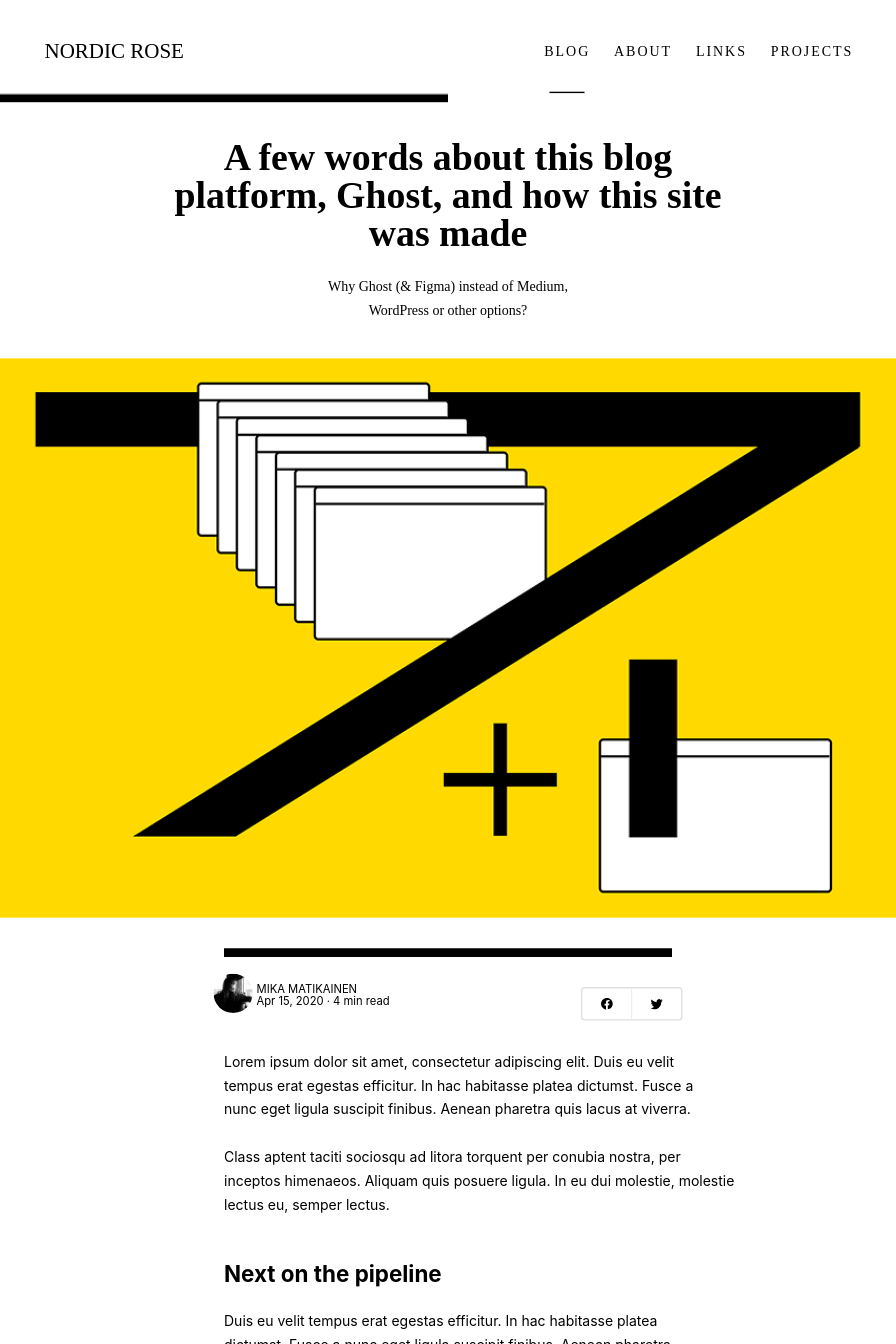
Repository: ThuTrang-jvb/JVB-BT1
Page: Page 3/article.html
The author's editor kept a copy of each file at every save. The page is drawn from the files as they stood at one save, then again after the next save.
The browser window is 1280 px wide. The pictures show the part of the page from y = 0 to 1920 px (the page is 5598 px tall), at 70% of full size.

Above is the page before, as saved 2025-06-30 10:10:23.

### Page 3/article.html
<!DOCTYPE html>
<html lang="en">
<head>
    <meta charset="UTF-8">
    <meta name="viewport" content="width=device-width, initial-scale=1.0">
    <link rel="stylesheet" href="styleArticle.css">
    <link href="https://fonts.googleapis.com/css2?family=Playfair+Display&display=swap" rel="stylesheet">
    <title>Article</title>
</head>
<body>
    <div class="header">
        <h1>NORDIC ROSE</h1>
        <div class="nav">
            <p class="active">blog</p>
            <p>about</p>
            <p>links</p>
            <p>projects</p>
        </div>
        <div class="hamburger">
            <span></span>
            <span></span>
            <span></span>
        </div>
    </div>
    <hr>
    <div class="main">
        <div class="title">
            <h1>A few words about this blog platform, Ghost, and how this site was made</h1>
            <p>Why Ghost (& Figma) instead of Medium, <br> WordPress or other options?</p>
            <img src="image/image 2.png" alt="image 2">
            <hr>
        </div>
        <div class="status">
            <div class="status_img">
                <img src="image/anh_nen.png" alt="image 3">
                <div class="status_text">
                    <p class="bold_p">Mika MAtikainen</p>
                    <p>Apr 15, 2020 · 4 min read</p>
                </div>

            </div>

            <div class="share-buttons">
                <button class="share-btn" aria-label="Share on Facebook">
                    <svg width="18" height="18" viewBox="0 0 24 24" fill="#000" xmlns="http://www.w3.org/2000/svg">
                    <path d="M22 12.07C22 6.48 17.52 2 12 2S2 6.48 2 12.07c0 5 3.66 9.13 8.44 9.93v-7.03h-2.54v-2.9h2.54V9.41c0-2.5 1.49-3.89 3.77-3.89 1.09 0 2.24.2 2.24.2v2.46h-1.26c-1.24 0-1.63.77-1.63 1.56v1.87h2.78l-.44 2.9h-2.34v7.03C18.34 21.2 22 17.07 22 12.07z"/>
                    </svg>
                </button>
                <button class="share-btn" aria-label="Share on Twitter">
                    <svg width="18" height="18" viewBox="0 0 24 24" fill="#000" xmlns="http://www.w3.org/2000/svg">
                    <path d="M22.46 6c-.77.35-1.6.58-2.46.69a4.28 4.28 0 0 0 1.88-2.36 8.56 8.56 0 0 1-2.71 1.04 4.26 4.26 0 0 0-7.26 3.88 12.09 12.09 0 0 1-8.77-4.45 4.26 4.26 0 0 0 1.32 5.69 4.23 4.23 0 0 1-1.93-.53v.05a4.26 4.26 0 0 0 3.42 4.17 4.29 4.29 0 0 1-1.92.07 4.26 4.26 0 0 0 3.98 2.96A8.54 8.54 0 0 1 2 19.54 12.07 12.07 0 0 0 8.29 21.5c7.55 0 11.68-6.26 11.68-11.68 0-.18 0-.35-.01-.53A8.36 8.36 0 0 0 22.46 6z"/>
                    </svg>
                </button>
            </div>
        </div>
        <div class="caption">
            <pre>Lorem ipsum dolor sit amet, consectetur adipiscing elit. Duis eu velit
tempus erat egestas efficitur. In hac habitasse platea dictumst. Fusce a
nunc eget ligula suscipit finibus. Aenean pharetra quis lacus at viverra.

Class aptent taciti sociosqu ad litora torquent per conubia nostra, per
inceptos himenaeos. Aliquam quis posuere ligula. In eu dui molestie, molestie
lectus eu, semper lectus.</pre>
            <h2>Next on the pipeline</h2>
            <pre>Duis eu velit tempus erat egestas efficitur. In hac habitasse platea
dictumst. Fusce a nunc eget ligula suscipit finibus. Aenean pharetra
quis lacus at viverra. Class aptent taciti sociosqu ad litora torquent per
conubia nostra, per inceptos himenaeos.

Morbi efficitur auctor metus, id mollis lorem pellentesque id. Nullam
posuere maximus dui et fringilla. </pre>
            <figure>
                <img src="image/3cc5df540f70fc0ba5d96cdc94c3d237971a9b6e.jpg" alt="Rectangle 8">
                <figcaption>Image caption centered this way and I’ll make this a bit longer to indicate the amount of line-height. </figcaption>
            </figure>
            <pre>Aenean pharetra quis lacus at viverra. Class aptent taciti sociosqu ad
litora torquent per conubia nostra, per inceptos himenaeos. Aliquam
quis posuere ligula.

In eu dui molestie, molestie lectus eu, semper lectus. Proin at justo
lacinia, auctor nisl et, consequat ante. Donec sit amet nisi arcu. Morbi
efficitur auctor metus, id mollis lorem pellentesque id. Nullam
posuere maximus dui et fringilla. Nulla non volutpat leo.</pre>
            <p>A list looks like this:</p>
            <ul>
                <li>First item in the list</li>
                <li>Second item in the list lorem ipsum dolor sit amet nunc felis dolor lorem ipsum sit amet</li>
                <li>Third item in the list</li>
            </ul>
            <p>Class aptent taciti sociosqu ad litora torquent per conubia nostra, per inceptos himenaeos. Aliquam quis posuere ligula. </p>
            <p>Thanks for reading,<br>
            Mika</p>
        </div>
        <div class="links">
            <div class="share-buttons">
                <button class="share-btn" aria-label="Share on Facebook">
                    <svg width="18" height="18" viewBox="0 0 24 24" fill="#000" xmlns="http://www.w3.org/2000/svg">
                        <path d="M22 12.07C22 6.48 17.52 2 12 2S2 6.48 2 12.07c0 5 3.66 9.13 8.44 9.93v-7.03h-2.54v-2.9h2.54V9.41c0-2.5 1.49-3.89 3.77-3.89 1.09 0 2.24.2 2.24.2v2.46h-1.26c-1.24 0-1.63.77-1.63 1.56v1.87h2.78l-.44 2.9h-2.34v7.03C18.34 21.2 22 17.07 22 12.07z"/>
                        <span>Share on Facebook</span>
                    </svg>
                </button>
                <button class="share-btn" aria-label="Share on Twitter">
                    <svg width="18" height="18" viewBox="0 0 24 24" fill="#000" xmlns="http://www.w3.org/2000/svg">
                    <path d="M22.46 6c-.77.35-1.6.58-2.46.69a4.28 4.28 0 0 0 1.88-2.36 8.56 8.56 0 0 1-2.71 1.04 4.26 4.26 0 0 0-7.26 3.88 12.09 12.09 0 0 1-8.77-4.45 4.26 4.26 0 0 0 1.32 5.69 4.23 4.23 0 0 1-1.93-.53v.05a4.26 4.26 0 0 0 3.42 4.17 4.29 4.29 0 0 1-1.92.07 4.26 4.26 0 0 0 3.98 2.96A8.54 8.54 0 0 1 2 19.54 12.07 12.07 0 0 0 8.29 21.5c7.55 0 11.68-6.26 11.68-11.68 0-.18 0-.35-.01-.53A8.36 8.36 0 0 0 22.46 6z"/>
                    <span>Share on Twitter</span>
                    </svg>
                </button>
            </div>
        </div>
        <div class="tag">
            <p>Tags: <a href="#">product design</a>, <a href="#">culture</a></p>
            <hr>
            <div class="status_tag">
                <img src="image/anh_nen.png" alt="image 3">
                <div class="status_text_end">
                    <p> <b>MIKA MATIKAINEN</b> is a Design Founder & Advisor, Berlin School of Creative Leadership Executive MBA participant, Zippie advisor, Wolt co-founder, and Nordic Rose stakeholder.  </p>
                </div>

            </div>
        </div>
    </div>
    <div class="divider">
        <div class="path"></div>
        <div class="eyes">
            <div class="eye eye-left">
                <div class="pupil"></div>
            </div>
            <div class="eye eye-right">
                <div class="pupil"></div>
            </div>
        </div>
        <div class="path"></div>
    </div>
    <div>
        <h3>What to read next</h3>
        <div class="image">
            <div class="image_line">
                <img src="image/image1.png" alt="Rectangle 4">
                <p>Connecting artificial intelligence with digital product design</p>
            </div>
            <div class="image_line">
                <img src="image/image2.png" alt="Rectangle 11">
                <p>Hello world, or, in other words, why this blog exists</p>
            </div>
            <div class="image_line">
                <img src="image/image.png" alt="Rectangle 10">
                <p>Here are some things you should know regarding how we work </p>
            </div>
        </div>
        <div class="image_desktop">
            <div class="image_line">
                <img src="image/image13.png" alt="Rectangle 37">
                <p>A few words about this blog platform, Ghost, and how this site was made</p>
            </div>
            <div class="image_line">
                <img src="image/image12.png" alt="Rectangle 39">
                <p>Updating list of 50+ sources on distributed teams, remote work, and how to make it all work better</p>
            </div>
            <div class="image_line">
                <img src="image/image11.png" alt="Rectangle 38">
                <p>How modern remote working tools get along with Old School Cowboy's methods</p>
            </div>
        </div>
    </div>
    <hr>
    <div class="frame">
        <p>Sign up for the newsletter</p>
        <p>If you want relevant updates occasionally, sign up for the private newsletter. Your email is never shared. </p>
        <div class="email">
            <input type="email" placeholder="Enter your email...">
            <button>SIGN UP</button>
        </div>
    </div>



    <div class="footer">
        <div class="line-wrap">
            <div class="line">
                <span class="bold">Digital product design</span>
                <span>Remote work</span>
                <span class="bold">UX design</span>
                <span>Distributed teams</span>
                <span class="bold">Creativity</span>
                <span>Strategy</span>
                <span class="bold">Suspense</span>
                <span>Growth</span>
            </div>
        </div>
        <p class="logo">NORDIC ROSE</p>
        <p class="para">Lorem ipsum dolor sit amet, consectetur adipiscing elit. Duis eu velit tempus erat egestas efficitur. In hac habitasse platea dictumst. Fusce a nunc eget ligula suscipit finibus. </p>
        <div class="info">
            <p>Twitter</p>
            <p>LinkedIn</p>
            <p>RSS</p>
        </div>
        <p class="year">© 2012–2020 Nordic Rose Co. All rights reserved. </p>
    </div>
</body>
</html>

### Page 3/styleArticle.css
 * {
    margin: 0;
    padding: 0;
    box-sizing: border-box;
 }
.header {
    width: 100%;
    max-width: 1440px;
    height: auto;
    box-sizing: border-box;
    justify-content: space-between;
    align-items: center;
    display: flex;
    gap: 476.59px;
    padding: 52.54px 61px 40px 63.58px;
    height: 134px;
}
.header h1 {
    font-weight: 400;
    font-size: 30px;
}
.hamburger {
  display: none;
  flex-direction: column;
  gap: 5px;
  cursor: pointer;
}

.hamburger span {
  width: 25px;
  height: 3px;
  background-color: black;
  display: block;
  border-radius: 2px;
}
.nav {
    display: flex;
    justify-content: center;
    gap: 34px;
}
.nav p {
    position: relative;
    font-family: New York Small;
    font-weight: 500;
    font-size: 20px;
    line-height: 170%;
    letter-spacing: 2.8px;
    text-align: center;
    text-transform: uppercase;
    margin: 0;
    text-decoration: none;

}

.nav p.active::after {
    content: "";
    position: absolute;
    bottom: -43px;
    left: 50%;
    transform: translateX(-50%);
    width: 50px;
    height: 2px;
    background-color: #000;
}

hr {
  width: 100vw;
  border: none;
  border-top: 1px solid #ccc;
  margin: 0;
}
.title img {
    width: 100vw;
    height: auto;
    display: block;
    padding-bottom: 44px;
    margin: 0 auto;
}
.title h1 {
    font-family: New York Extra Large;
    font-weight: 700;
    font-size: 54px;
    line-height: 100%;
    letter-spacing: 0%;
    text-align: center;
    margin: 0 auto;
    max-width: 858px;
    padding-top: 52px;
    padding-bottom: 32px;
}
.title p {
    font-family: SF Mono;
    font-weight: 400;
    font-size: 20px;
    line-height: 170%;
    letter-spacing: 0%;
    text-align: center;
    max-width: 592px;
    margin: 0 auto;
    padding-bottom: 52px;

}
.title hr {
    border: 2px solid #000000;
    width: 640px;
    display: block;
    margin: 0 auto;
}
.status_img img {
    width: 56px;
    height: 56px;
    object-fit: cover;
    border-radius: 50%;
}
.share-buttons {
    display: flex;
    border: 2px solid #e0e0e0;
    border-radius: 5px;
    overflow: hidden;
    width: fit-content;
    background-color: #fff;
    margin-left: 273px;
    margin-top: 1px;
}
.share-btn {
    border: none;
    padding: 12.04px 25px;
    background: transparent;
    cursor: pointer;
    display: flex;
    align-items: center;
    justify-content: center;
    outline: none;
    gap: 16px;
}

.share-btn + .share-btn {
    border-left: 1px solid #e0e0e0;
}

.share-btn svg {
    width: 20px;
    height: 20px;
}
.status {
    display: flex;
    justify-content: center;
    align-items: center;
}
.status_img {
    display: flex;
    align-items: center;
    gap: 5px;
    padding-top: 24px;
    padding-bottom: 53px;
}
.bold_p {
    max-width: 191px;
    font-family: SF Pro Text;
    font-weight: 700;
    font-size: 16px;
    line-height: 100%;
    letter-spacing: 5%;
    text-transform: uppercase;
}
.status_text p {
    font-family: SF Pro Text;
    font-weight: 400;
    font-size: 16px;
    line-height: 100%;
    letter-spacing: 0%;
}
.status_text {
    padding-top: 5px;
}
.caption pre{
    text-align: left;
    margin: 0 auto;
    max-width: 640px;
    font-family: 'SF Pro Text', 'New York Medium', serif;
    font-weight: 400;
    font-size: 20px;
    line-height: 170%;
    letter-spacing: 0%;

}

.caption h2 {
    font-family: SF Pro Display;
    font-weight: 700;
    font-size: 32px;
    line-height: 160%;
    letter-spacing: 0%;
    padding-top: 57px;
    padding-bottom: 24px;
    text-align: left;
    max-width: 640px;
    margin: 0 auto;
}
.caption img {
    width: 854px;
    height: 570px;
    display: block;
    margin: 0 auto;
    padding-top: 52px;
    padding-bottom: 12px;
}
figcaption {
    max-width: 481px;
    text-align: center;
    margin: 0 auto;
    padding-bottom: 52px;
}
.caption p {
    font-family: New York Medium;
    font-weight: 400;
    font-size: 20px;
    line-height: 170%;
    letter-spacing: 0%;
    text-align: left;
    margin: 0 auto;
    max-width: 640px;
    padding-top: 52px;
}
li {
    font-family: New York Medium;
    font-weight: 400;
    font-size: 20px;
    line-height: 170%;
    letter-spacing: 0%;
    text-align: left;
    margin: 0 auto;
    max-width: 588px;
}
ul {
    padding-top: 19px;
}
.links {
    display: block;
    margin: 0 auto;
    padding-top: 77px;

}
.links .share-buttons{
    margin: 0 auto;
}
.links .share-btn {
    padding: 19px 70px;
}
.tag p {
    max-width: 640px;
    text-align: left;
    margin: 0 auto;
    padding-top: 32px;
    padding-bottom: 34px;
    font-family: SF Pro Text;
    font-weight: 500;
    font-size: 16px;
    line-height: 100%;
    letter-spacing: 3%;

}
.tag hr {
    border: 1px dotted #000000;
    width: 640px;
    display: block;
    margin: 0 auto;
}
.status_text_end {
    display: flex;
    max-width: 543px;
    text-align: left;
    margin: 0 auto;
    font-family: SF Pro Text;
    font-weight: 400;
    font-size: 16px;
    line-height: 160%;
    letter-spacing: 5%;

}
.status_tag img {
    width: 70px;
    height: 70px;
    object-fit: cover;
    border-radius: 50%;
}
.status_tag {
    display: flex;
    align-items: center;
    gap: 24px;
    max-width: 640px;
    margin: 0 auto;
}



.footer {
    background-color: #000000;
    color: white;
    text-align: center;
    padding-bottom:32px;
}
.bold {
    font-weight: 800;
}
.line {
    display: flex;
    flex-wrap: nowrap;
    overflow-x: auto;
    max-width: 100%;
    letter-spacing: 2.8px;
    white-space: nowrap;
    padding-bottom: 105.12px;
    scrollbar-width: none;
    gap: 10px;
}
.line::-webkit-scrollbar {
    display: none;
}
.line-wrapper {
  width: 100vw;
  overflow-x: auto;
}
.line span {
    font-family: SF Pro Text;
      font-size: 20px;
      color: #fff;
      text-transform: uppercase;
      display: inline-flex;
      flex-wrap: nowrap;
      justify-content: center;
      flex-shrink: 0;
      line-height: 28px;
}
    .divider {
      display: flex;
      align-items: center;
      justify-content: center;
      margin: 100px 0 40.71px;
    }

    .path {
      flex: 1;
      height: 2.5px;
      background-color: black;
    }

    .eyes {
      display: flex;
      width: 82px;
      height: 64px;
      align-items: center;
      position: relative;
    }

    .eye {
      width: 42.29px;
      height: 62.86px;
      background: white;
      border: 2.5px solid black;
      border-radius: 50%;
      position: absolute;
    }

    .eye-left {
      left: 0.5px;
    }

    .eye-right {
      left: 38px;
    }

    .pupil {
      width: 17.14px;
      height: 24.29px;
      background: black;
      border-radius: 50%;
      position: absolute;
      top: 55%;
      left: 38%;
    }
.image, .image_desktop {
    display: grid;
    grid-template-columns: repeat(3, 0fr);
    justify-content: center;
    gap: 28px
}
.image_line img {
    width: 304px;
    height: 176px;
    padding-bottom: 20px;
}
.image_line p {
    font-family: SF Pro Display;
    font-weight: 500;
    font-size: 22px;
    line-height: 120%;
    letter-spacing: 0%;
    text-align: center;
    max-width: 262px;
    padding-bottom: 34px;
}
h3 {
    font-family: New York Extra Large;
    font-weight: 700;
    font-size: 44px;
    line-height: 100%;
    letter-spacing: 0%;
    text-align: center;
    padding-top: 40.71px;
    padding-bottom: 27px;
}
.email {
    display: flex;
}
.frame {
    width: 640px;
    height: 313px;
    border: 1px solid #000000;
    display: block;
    margin: 0 auto;
}
hr {
    background: #000000;
    width: 640px;
    height: 12px;
    di
}










.footer h1 {
    padding-bottom: 25.58px;
}
.para {
    font-family: New York Small;
    font-weight: 400;
    font-size: 16px;
    line-height: 140%;
    text-align: center;
    max-width: 488px;
    padding-bottom: 32px;
    margin: 0 auto;
}
.info {
    display: flex;
    justify-content: center;
    max-width: 209px;
    padding-bottom: 64px;
    margin: 0 auto;
}

.info p {
    margin: 0;
    font-family: SF Pro Text;
    font-weight: 500;
    font-size: 16px;
    line-height: 170%;
    text-decoration: underline;
    padding-right: 28px;
}
.logo {
    margin: 0;
    font-weight: 400;
    font-size: 30px;
    padding-bottom: 25.58px;
}
.footer .year {
    max-width: 178px;
    text-align: center;
    margin: 0 auto;
}
@media screen and (max-width: 767px) {
    .header {
        padding: 24px 20px;
        gap: 0;
    }

    .nav {
        display: none;
    }

    .hamburger {
        display: flex;
    }
    hr {
        width: 100%;
    }
    .main {
        padding: 52px 0 0 0;
    }

    .title img {
        width: 100%;
        height: auto;
        display: block;
        margin: 0;
    }

    .title h1 {
        font-size: 36px;
        max-width: 100%;
        text-align: center;
        padding-bottom: 24px;
        margin: 0 auto;
    }

    .title p {
        font-size: 16px;
        max-width: 90%;
        text-align: center;
        padding-bottom: 36px;
    }

    .title hr {
        width: 90%;

    }




    .line {
        margin: 0;
        padding-bottom: 32px;
        justify-content: flex-start;
        max-width: 100vw;
        overflow-x: auto;
    }

    .line span {
        font-size: 14px;
        line-height: 24px;
    }

    .logo {
        font-size: 20px;
        padding-bottom: 16px;
    }

    .para {
        font-size: 14px;
        padding-bottom: 32px;
        margin: 0 auto;
        max-width: 90%;
    }

    .info {
        justify-content: center;
        gap: 16px;
        font-size: 14px;
        padding-bottom: 64px;
        max-width: 100%;
    }

    .footer .year {
        font-size: 12px;
        padding: 0 16px;
    }
}

After the next save:
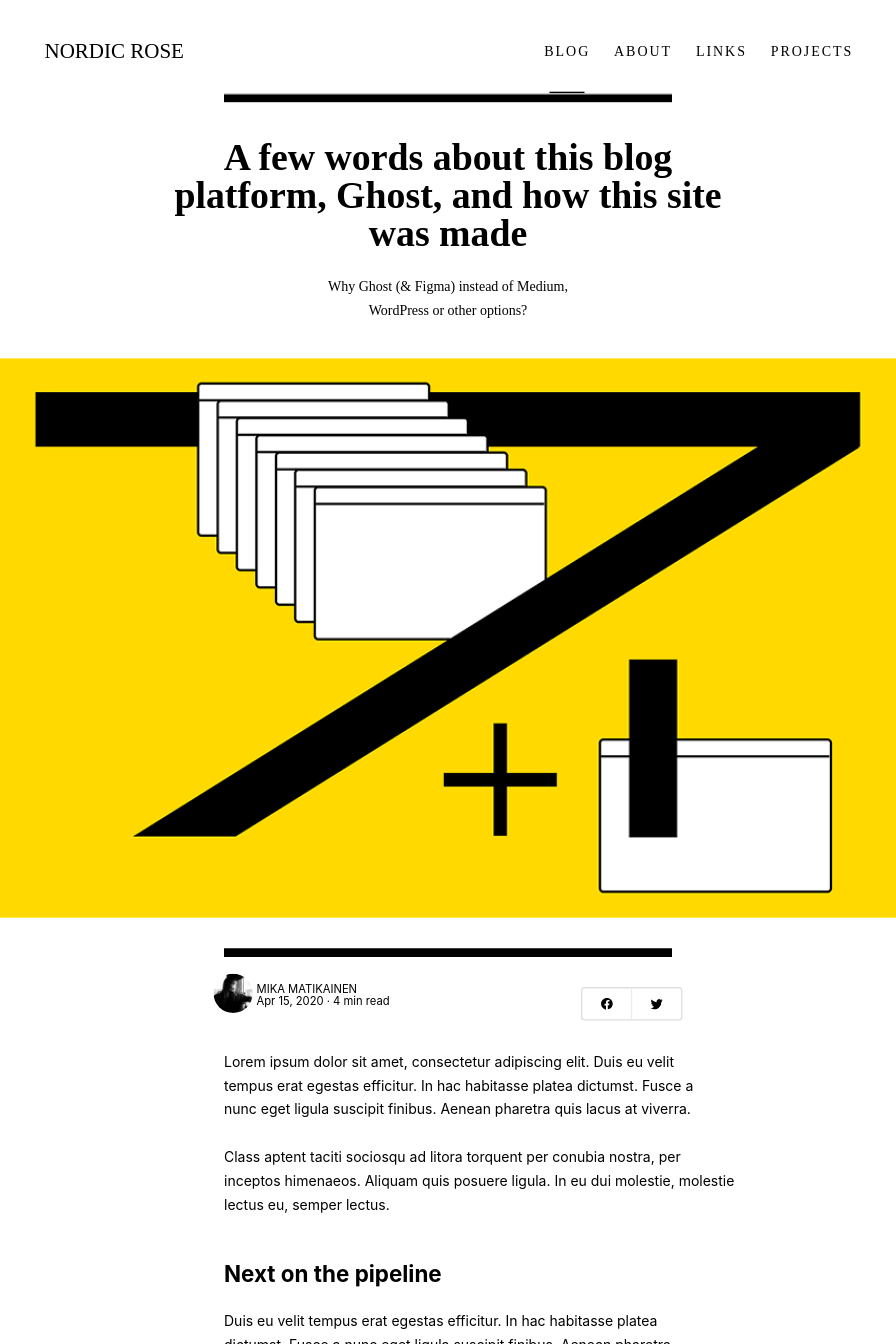
Saved 6 s later.
--- a/Page 3/styleArticle.css
+++ b/Page 3/styleArticle.css
@@ -424,7 +424,8 @@ hr {
     background: #000000;
     width: 640px;
     height: 12px;
-    di
+    display: block;
+    margin: 0 auto;
 }
 
 
